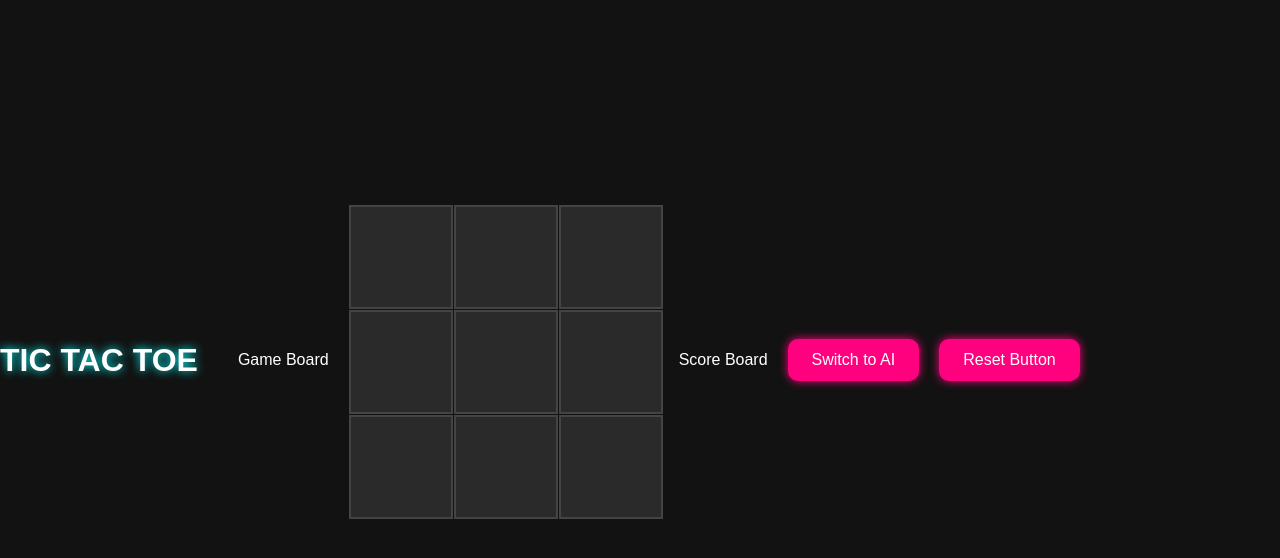
Repository: Yash19075/TicTacToe-game
Page: TicTacToe.html
An editor plug-in stored every save of this project. The page is shown before and after the next save, followed by the edit.
The browser window is 1280 px wide. The pictures show the whole page.

Above is the page before, as saved 2025-03-09 10:56:45.

After the next save:
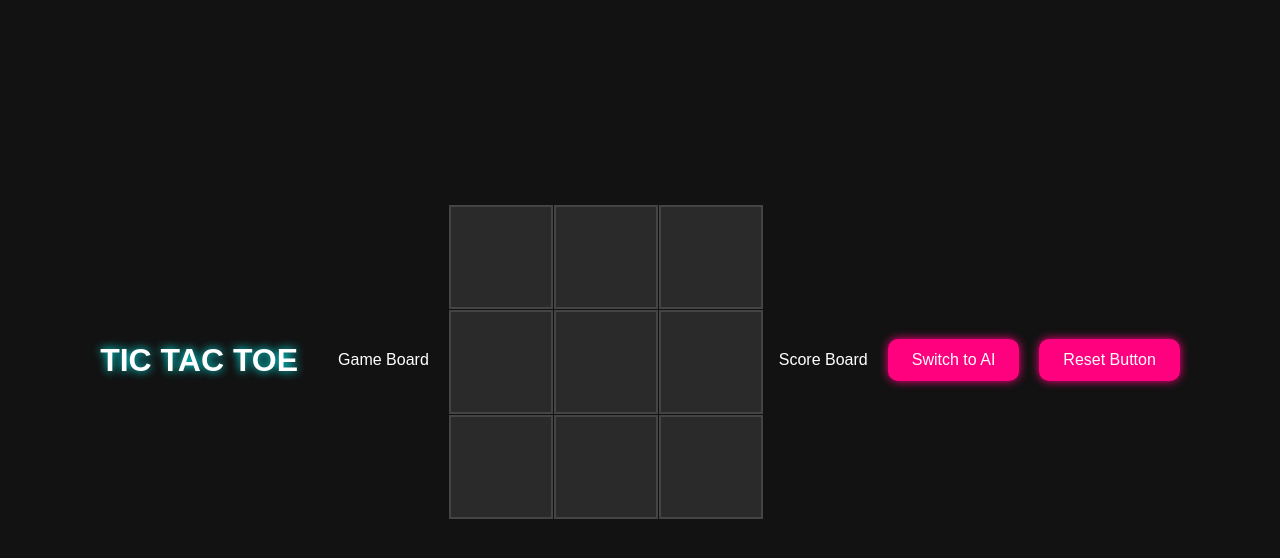
Saved 24 s later.
--- a/TicTacToe.css
+++ b/TicTacToe.css
@@ -1,6 +1,7 @@
 body {
     display: flex;
-    place-items: center;
+    justify-content: center;
+    align-items: center;
     height: 100vh;
     margin: 0;
     gap: 20px;
